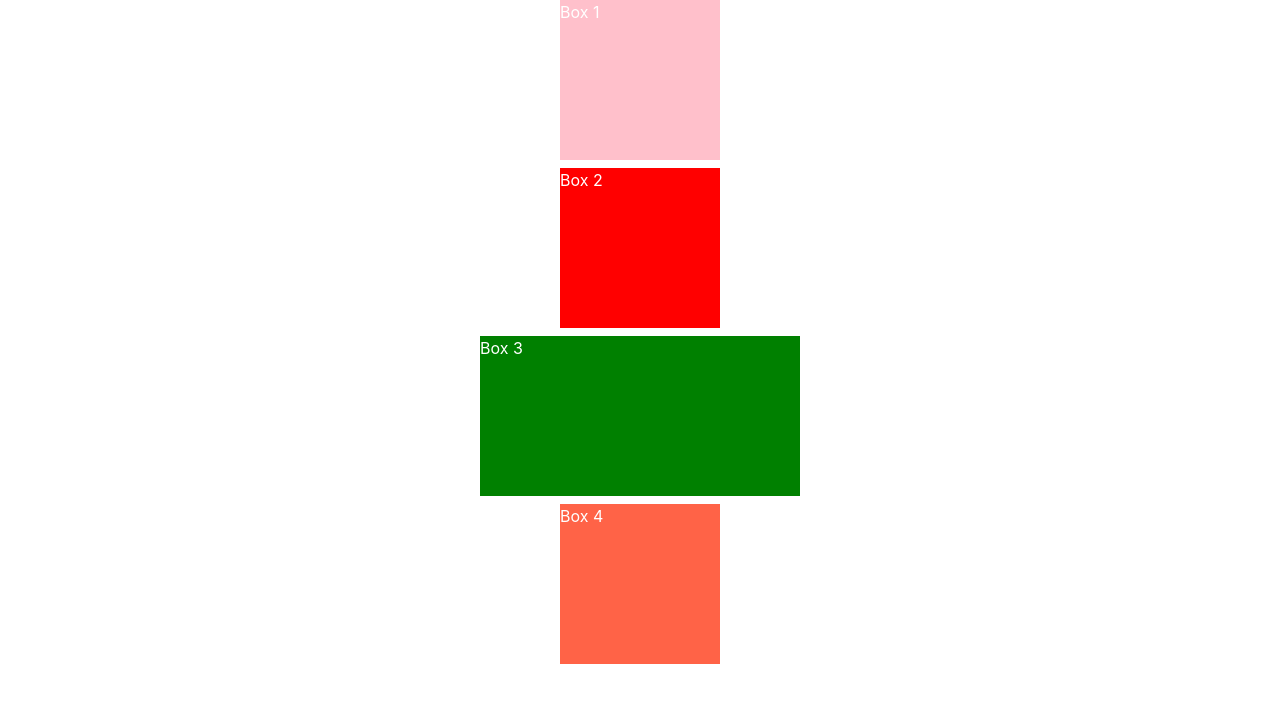
Repository: noutijo/learn-in-depth-chakra-ui
Page: /
The author's editor kept a copy of each file at every save. The page is drawn from the files as they stood at one save, then again after the next save.
The browser window is 1280 px wide. The pictures show the whole page.
The project was rebuilt for these pictures with package versions that can differ from the ones it lists, and the page was loaded fresh each time. Also part of the build but not shown: vite.config.ts.

Above is the page before, as saved 2023-01-30 13:50:48.

After the next save:
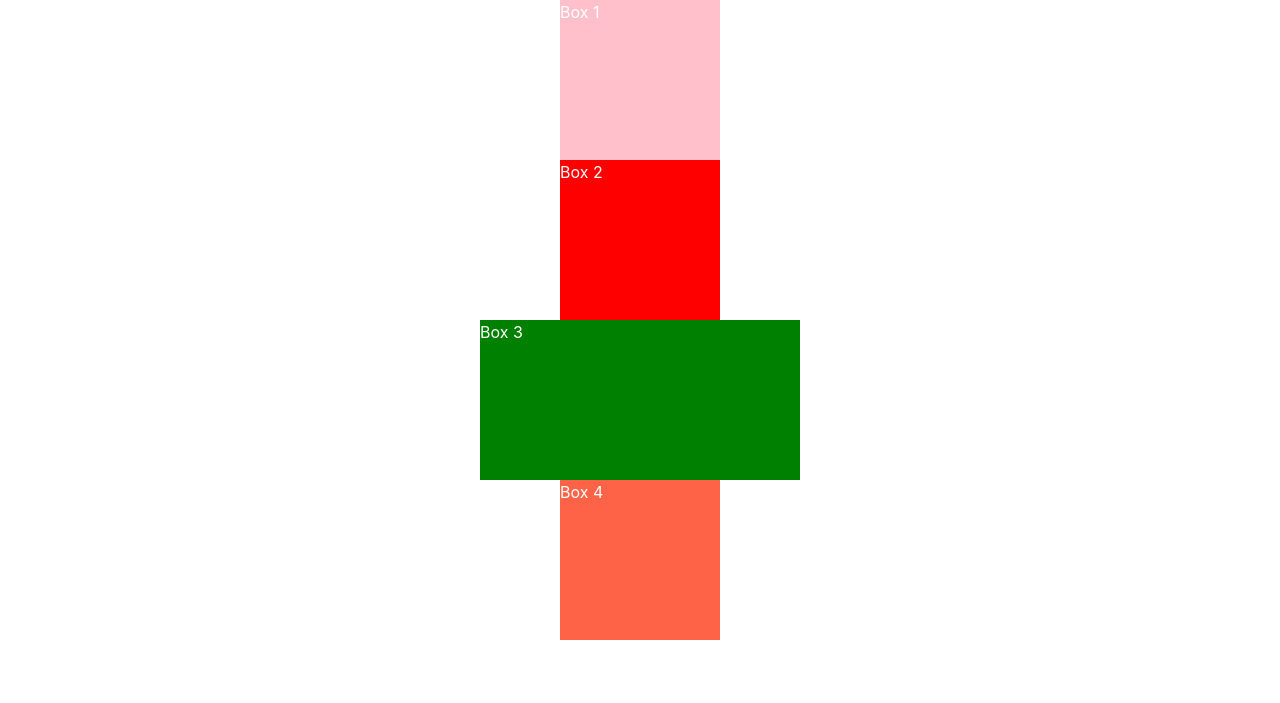
Saved 6 s later.
--- a/src/App.tsx
+++ b/src/App.tsx
@@ -4,7 +4,7 @@ import { Box, Flex, Stack, VStack, HStack } from "@chakra-ui/react";
 function App() {
   return (
     <div className="App">
-      <Stack s="space-around" align="center">
+      <Stack spacing="space-around" align="center">
         <Box bg="pink" w="10rem" h="10rem" color="white">
           Box 1
         </Box>
